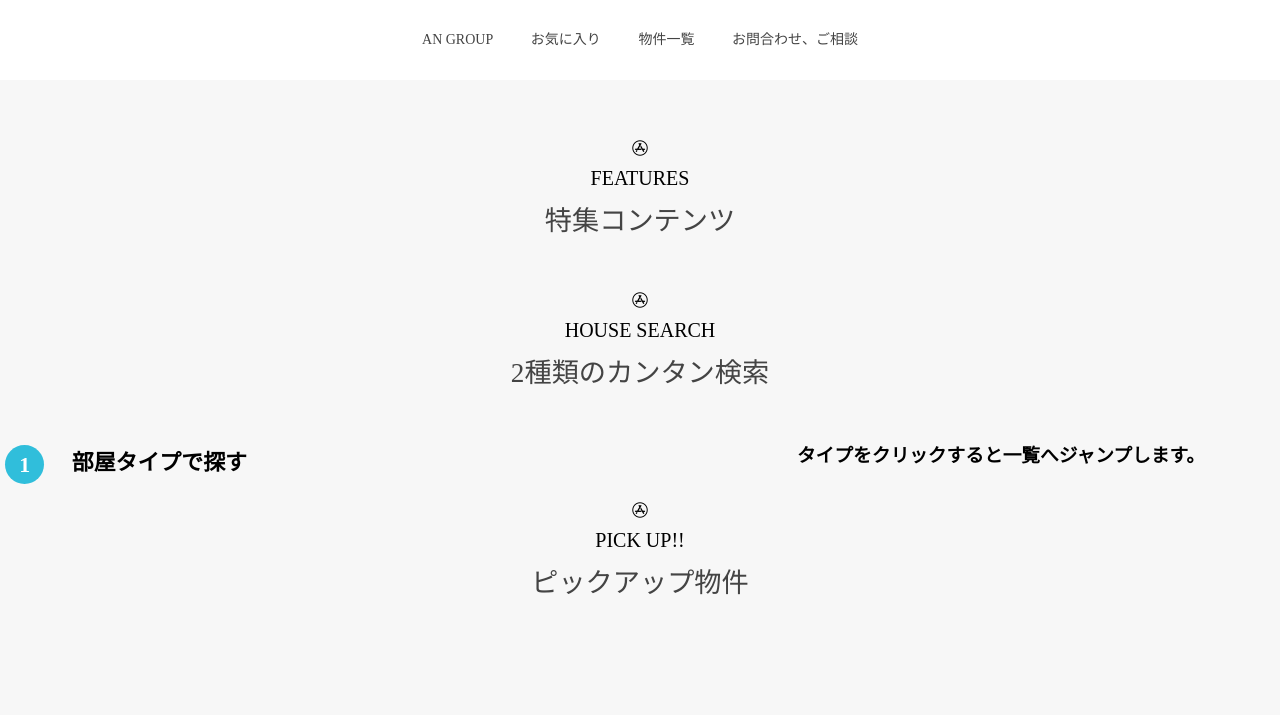
Repository: ninhdavid/real-estate
Page: index.html
The author's editor kept a copy of each file at every save. The page is drawn from the files as they stood at one save, then again after the next save.
The browser window is 1280 px wide. The pictures show the whole page.
Some web libraries are served in a nearby version. The style sheet was rebuilt from its Sass, Less or Tailwind sources for each picture, by a compiler version that may differ from the author's.

Above is the page before, as saved 2022-05-10 21:12:47.

After the next save:
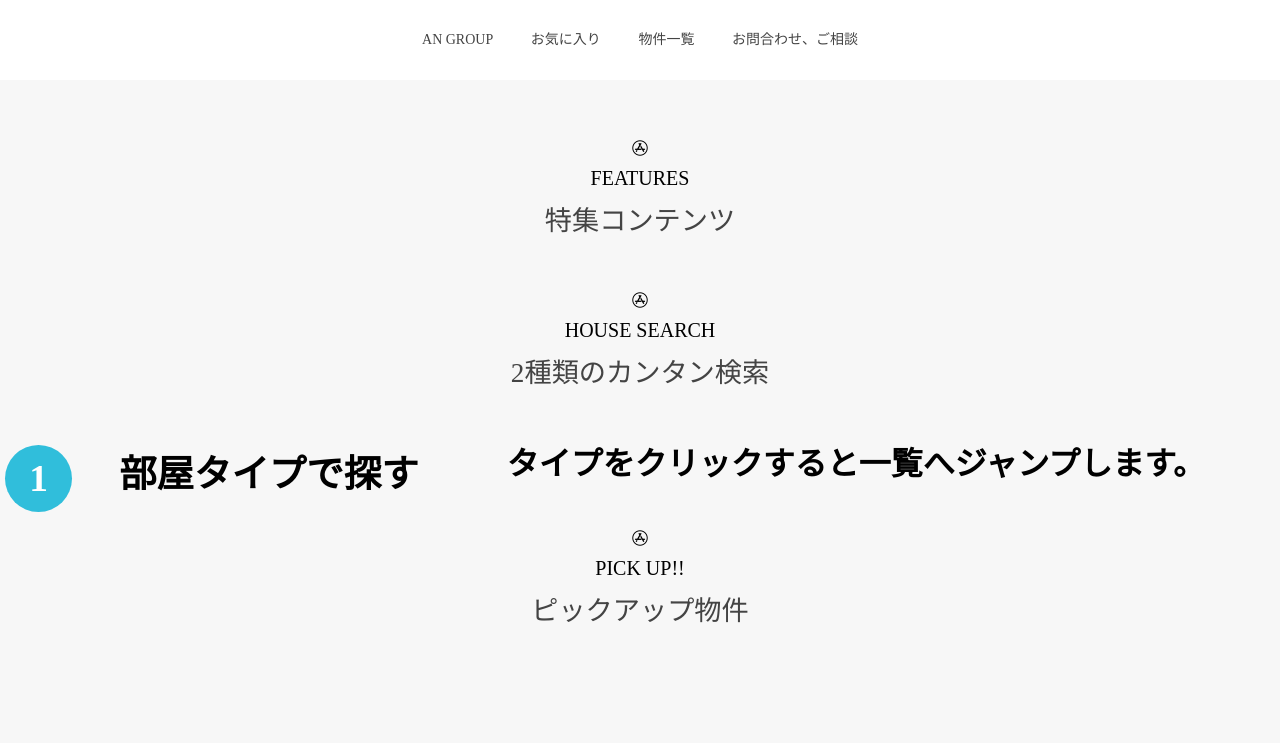
Saved 52 s later.
--- a/css/main.scss
+++ b/css/main.scss
@@ -88,7 +88,7 @@
 .title-area{
     display:flex;
     justify-content:space-between;
-    font-size: 1.17em;
+    font-size: 2em;
     font-weight: bold;
     line-height: 1.2;
 }
